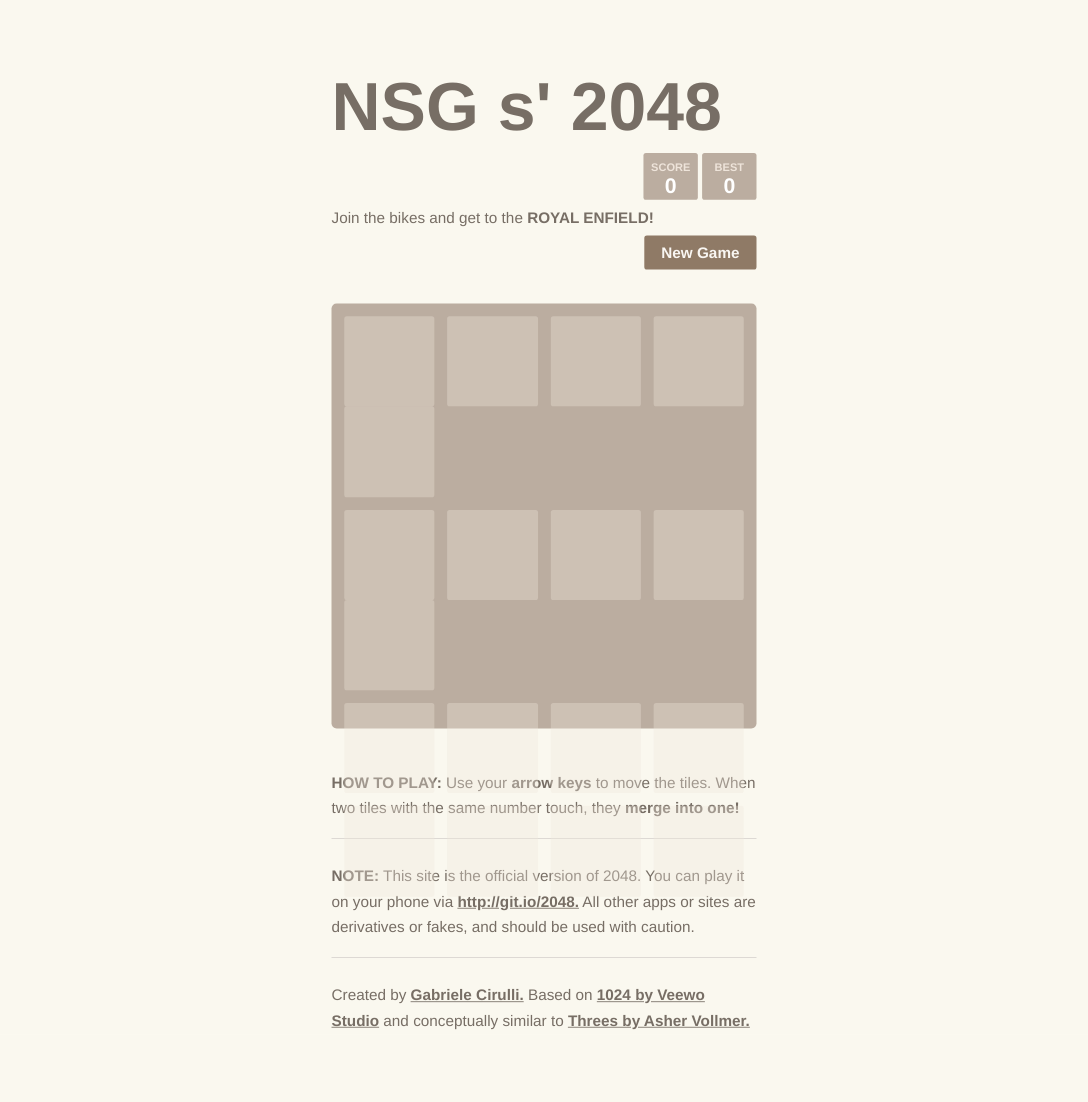
Repository: sahitigo/2048
Page: index.html
The author's editor kept a record of every edit. The page is drawn from the files as they stood at one moment, then again after the next edit.
The browser window is 1280 px wide. The pictures show the whole page, at 85% of full size.
Some web fonts or font styles are not loaded; a fallback is used.

Above is the page before.
Not found: js/application.js
Not found: js/game_manager.js
Not found: js/grid.js

### index.html
<!DOCTYPE html>
<html>
<head>
  <meta charset="utf-8">
  <title>2048</title>

  <link href="style/main.css" rel="stylesheet" type="text/css">
  <link rel="shortcut icon" href="favicon.ico">
  <link rel="apple-touch-icon" href="meta/apple-touch-icon.png">
  <link rel="apple-touch-startup-image" href="meta/apple-touch-startup-image-640x1096.png" media="(device-width: 320px) and (device-height: 568px) and (-webkit-device-pixel-ratio: 2)"> <!-- iPhone 5+ -->
  <link rel="apple-touch-startup-image" href="meta/apple-touch-startup-image-640x920.png"  media="(device-width: 320px) and (device-height: 480px) and (-webkit-device-pixel-ratio: 2)"> <!-- iPhone, retina -->
  <meta name="apple-mobile-web-app-capable" content="yes">
  <meta name="apple-mobile-web-app-status-bar-style" content="black">

  <meta name="HandheldFriendly" content="True">
  <meta name="MobileOptimized" content="320">
  <meta name="viewport" content="width=device-width, target-densitydpi=160dpi, initial-scale=1.0, maximum-scale=1, user-scalable=no, minimal-ui">
</head>
<body>
  <div class="container">
    <div class="heading">
      <h1 class="title">NSG s' 2048</h1>
      <div class="scores-container">
        <div class="score-container">0</div>
        <div class="best-container">0</div>
      </div>
    </div>

    <div class="above-game">
      <p class="game-intro">Join the bikes and get to the <strong>ROYAL ENFIELD!</strong></p>
      <a class="restart-button">New Game</a>
    </div>

    <div class="game-container">
      <div class="game-message">
        <p></p>
        <div class="lower">
	        <a class="keep-playing-button">Keep going</a>
          <a class="retry-button">Try again</a>
        </div>
      </div>

      <div class="grid-container">
        <div class="grid-row">
          <div class="grid-cell"></div>
          <div class="grid-cell"></div>
          <div class="grid-cell"></div>
          <div class="grid-cell"></div>
          <div class="grid-cell"></div>
        </div>
        <div class="grid-row">
          <div class="grid-cell"></div>
          <div class="grid-cell"></div>
          <div class="grid-cell"></div>
          <div class="grid-cell"></div>
          <div class="grid-cell"></div>
        </div>
        <div class="grid-row">
          <div class="grid-cell"></div>
          <div class="grid-cell"></div>
          <div class="grid-cell"></div>
          <div class="grid-cell"></div>

        </div>
        <div class="grid-row">
          <div class="grid-cell"></div>
          <div class="grid-cell"></div>
          <div class="grid-cell"></div>
          <div class="grid-cell"></div>

        </div>
      </div>

      <div class="tile-container">

      </div>
    </div>

    <p class="game-explanation">
      <strong class="important">How to play:</strong> Use your <strong>arrow keys</strong> to move the tiles. When two tiles with the same number touch, they <strong>merge into one!</strong>
    </p>
    <hr>
    <p>
    <strong class="important">Note:</strong> This site is the official version of 2048. You can play it on your phone via <a href="http://git.io/2048">http://git.io/2048.</a> All other apps or sites are derivatives or fakes, and should be used with caution.
    </p>
    <hr>
    <p>
    Created by <a href="http://gabrielecirulli.com" target="_blank">Gabriele Cirulli.</a> Based on <a href="https://itunes.apple.com/us/app/1024!/id823499224" target="_blank">1024 by Veewo Studio</a> and conceptually similar to <a href="http://asherv.com/threes/" target="_blank">Threes by Asher Vollmer.</a>
    </p>
  </div>

  <script src="js/bind_polyfill.js"></script>
  <script src="js/classlist_polyfill.js"></script>
  <script src="js/animframe_polyfill.js"></script>
  <script src="js/keyboard_input_manager.js"></script>
  <script src="js/html_actuator.js"></script>
  <script src="js/grid.js"></script>
  <script src="js/tile.js"></script>
  <script src="js/local_storage_manager.js"></script>
  <script src="js/game_manager.js"></script>
  <script src="js/application.js"></script>
</body>
</html>

Loaded but not shown: style/main.css (739 lines, source omitted)

After the next edit:
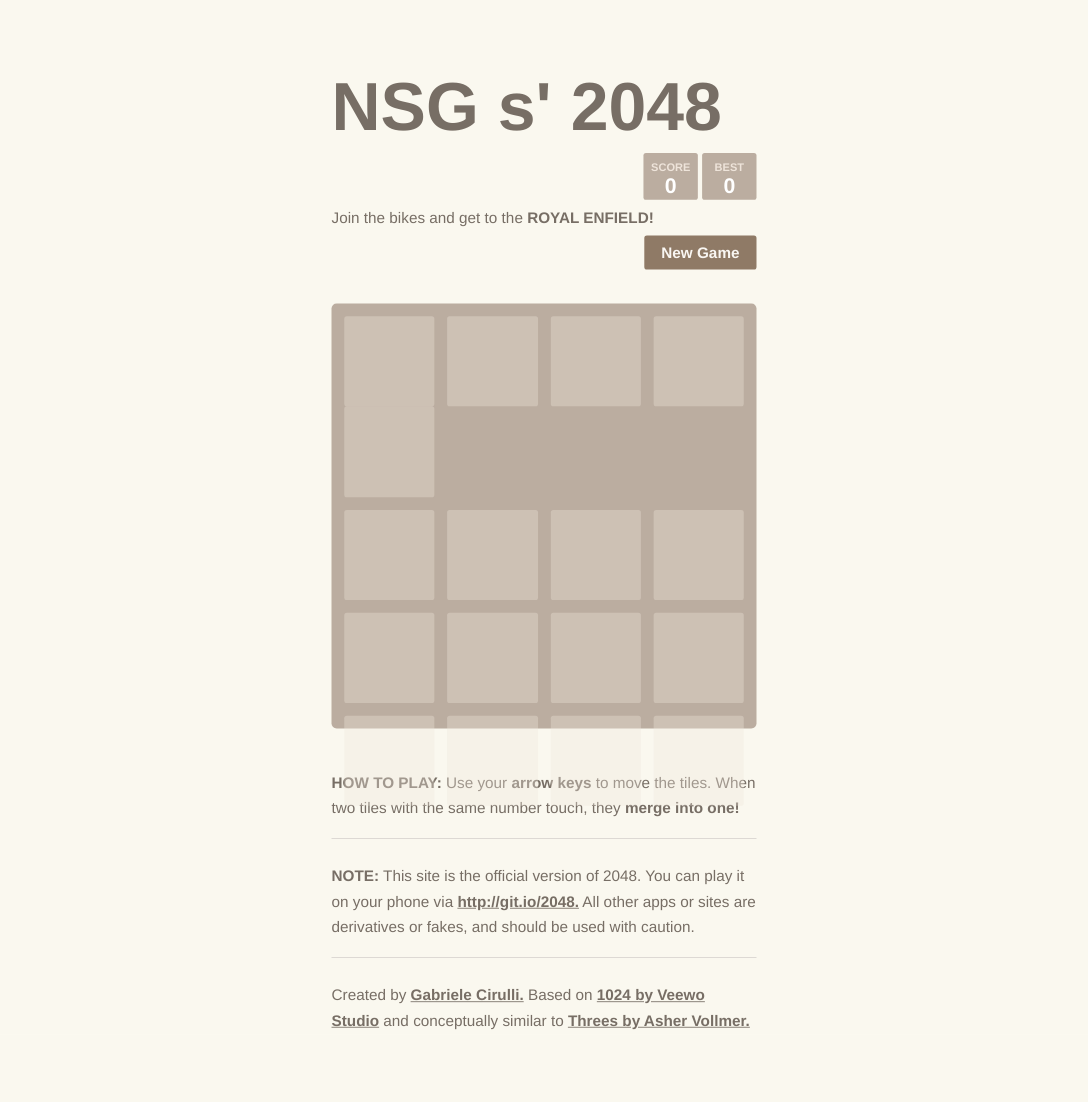
The edit:
--- a/index.html
+++ b/index.html
@@ -53,7 +53,7 @@
           <div class="grid-cell"></div>
           <div class="grid-cell"></div>
           <div class="grid-cell"></div>
-          <div class="grid-cell"></div>
+
         </div>
         <div class="grid-row">
           <div class="grid-cell"></div>
